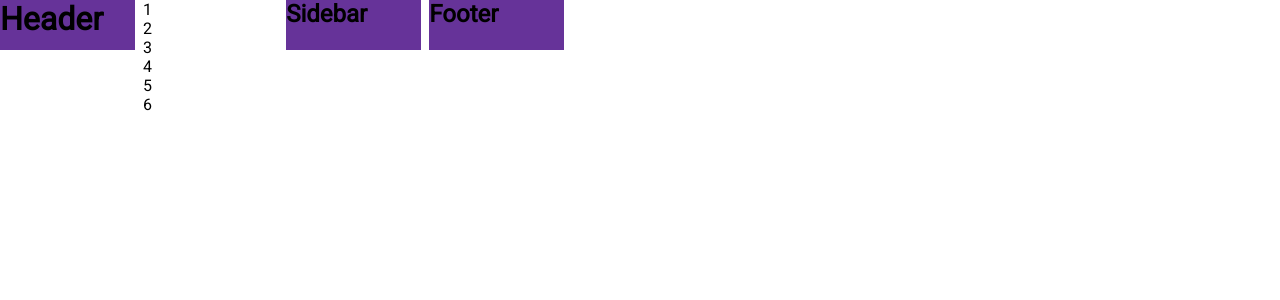
Repository: JavaProgrammerFromEastEurope/project-css-full-tutorial
Page: 15_lesson/index.html
These files come from the project's save history. The page is drawn as it stood at one moment and after the next save; the edit follows.
The browser window is 1280 px wide. The pictures show the whole page.

Above is the page before, as saved 2023-04-07 11:47:26.

After the next save:
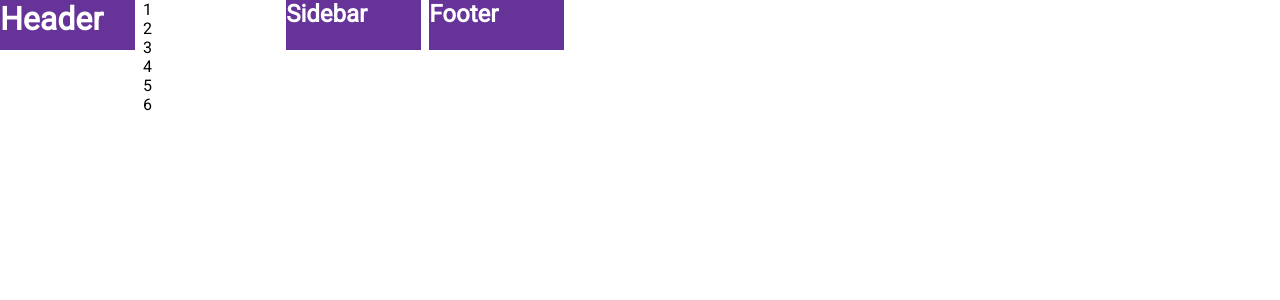
Saved 8 s later.
--- a/15_lesson/css/style.css
+++ b/15_lesson/css/style.css
@@ -21,5 +21,7 @@ body {
 }
 
 .el {
-	background-color: rebeccapurple
+	background-color: rebeccapurple;
+	color: #fff;
+
 }
